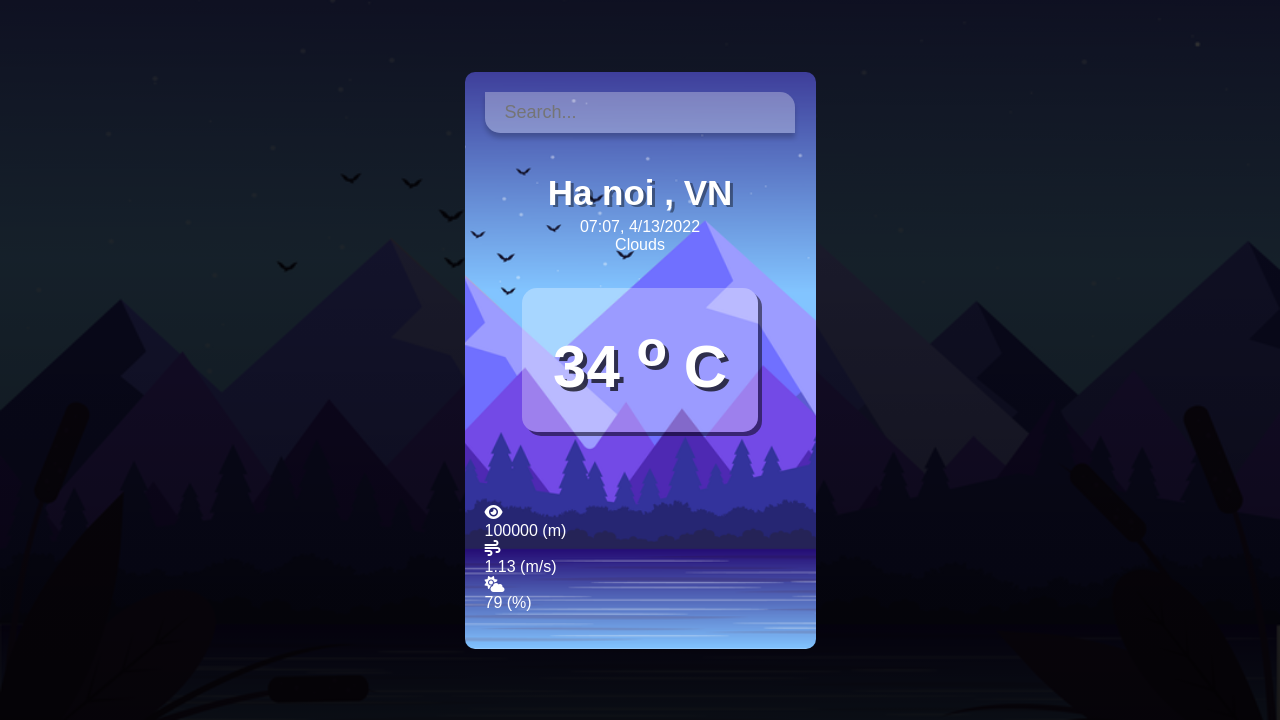
Repository: nganha241/weather-app
Page: index.html
These files come from the project's save history. The page is drawn as it stood at one moment and after the next save; the edit follows.
The browser window is 1280 px wide. The pictures show the whole page.
Some web libraries are served in a nearby version.

Above is the page before, as saved 2022-04-13 09:47:21.

### index.html
<!DOCTYPE html>
<html lang="en">
  <head>
    <meta charset="UTF-8" />
    <meta http-equiv="X-UA-Compatible" content="IE=edge" />
    <meta name="viewport" content="width=device-width, initial-scale=1.0" />
    <title>Document</title>
    <link rel="stylesheet" href="./style.css" />
  </head>
  <body>
    <div id="weather">
      <div class="header">
        <input type="text" placeholder="Search..." />
      </div>
      <div class="content">
        <div class="city">Ha noi , <span class="country">VN</span></div>
        <div class="time">07:07, <span class="date">4/13/2022</span></div>
        <div class="deg">
          <p>34 <sup>o</sup> C</p>
        </div>
        <div class="status">Clouds</div>
      </div>
      <div class="footer">
        <div class="detail">
          <div class="distance">
            <div><i class="fa-solid fa-eye"></i></div>
            <div>100000 <span>(m)</span></div>
          </div>
          <div class="speed">
            <div><i class="fa-solid fa-wind"></i></div>
            <div>1.13 <span>(m/s)</span></div>
          </div>
          <div class="humidity">
            <div><i class="fa-solid fa-cloud-sun"></i></div>
            <div>79 <span>(%)</span></div>
          </div>
        </div>
      </div>
    </div>
    <script
      src="https://kit.fontawesome.com/ae971d7ee0.js"
      crossorigin="anonymous"
    ></script>
    <script src="./main.js"></script>
  </body>
</html>

### style.css
* {
    padding: 0;
    margin: 0;
    box-sizing: border-box;
}

body {
    font-family: sans-serif;
    height: 100vh;
    display: flex;
    justify-content: center;
    align-items: center;
    background: linear-gradient(to top, rgba(0, 0, 0, 0.9), rgba(0, 0, 0, 0.8)), url(./img1.png) no-repeat center/cover;
    color: #fff;
}

#weather {
    padding: 20px;
    width: 351px;
    height: 577px;
    border: none;
    border-radius: 10px;
    background: url(./img1.png) no-repeat center/cover;
    position: relative;
}

.header input{
    width: 310px;
    height: 41px;
    border-radius: 0px 15px 0px 15px;
    border: none;
    background: rgba(255, 255, 255, 0.3);
    box-shadow: 0px 5px 5px rgba(0, 0, 0, 0.2);
    outline: none;
    font-size: 18px;
    padding: 0 20px;
    transition: 0.4s;
}

.header input:focus {
    border-radius: 15px 0px 15px 0px;
    background: rgba(255, 255, 255, 0.7);
}

.content {
    margin-top: 40px;
    text-align: center;
}

.city {
    font-size: 35px;
    font-weight: 600;
    text-shadow: 3px 2px rgba(0, 0, 0, 0.4);
}

.time {
    margin-top: 5px;
}

.deg {
    width: 236px;
    height: 144px;
    border-radius: 15px;
    background: rgba(255, 255, 255, 0.3);
    box-shadow: 4px 4px rgba(0, 0, 0, 0.5);
    position: fixed;
    top: 50%;
    left: 50%;
    transform: translate(-50%, -50%);
    display: flex;
    justify-content: center;
    align-items: center;
}

.deg p {
    font-size: 60px;
    font-weight: 800;
    text-shadow: 4px 4px rgba(0, 0, 0, 0.7) ;
}

.footer {
    margin-top: 250px;

}

Loaded but not shown: main.js (no copy from this time; the picture is the same without it)

After the next save:
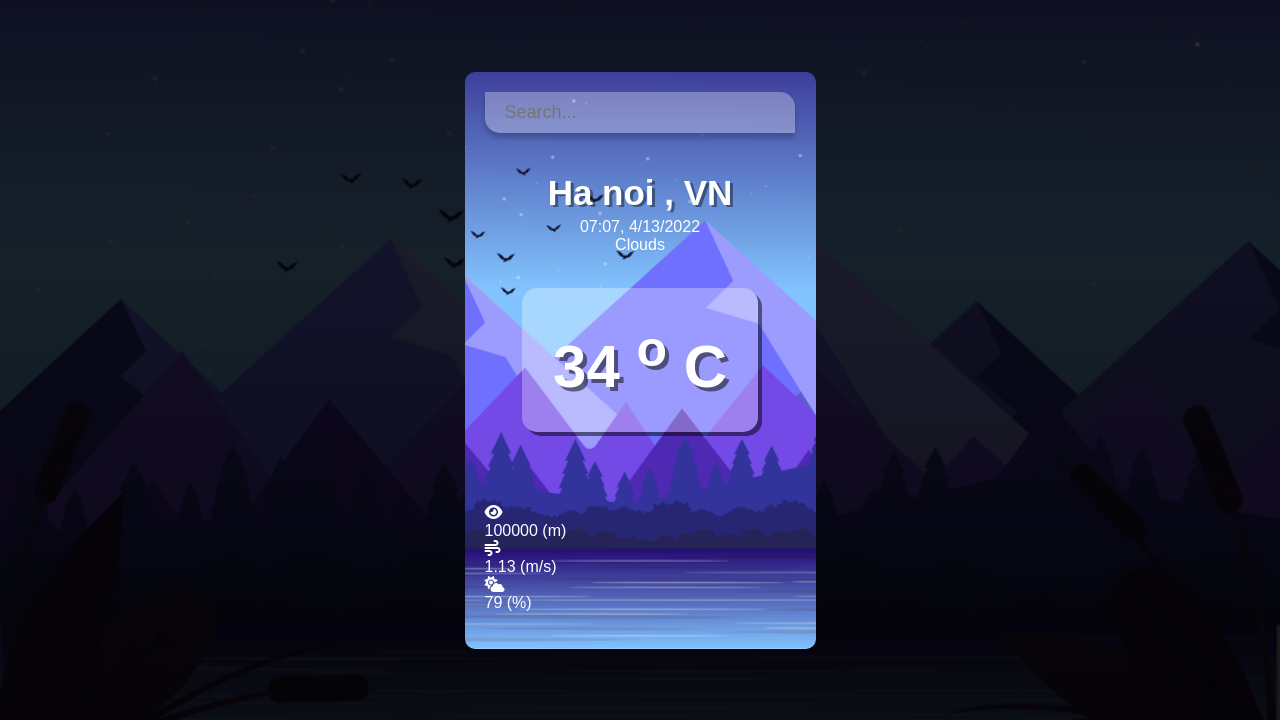
Saved 6 s later.
--- a/style.css
+++ b/style.css
@@ -75,7 +75,7 @@ body {
 .deg p {
     font-size: 60px;
     font-weight: 800;
-    text-shadow: 4px 4px rgba(0, 0, 0, 0.7) ;
+    text-shadow: 4px 4px rgba(0, 0, 0, 0.5) ;
 }
 
 .footer {
